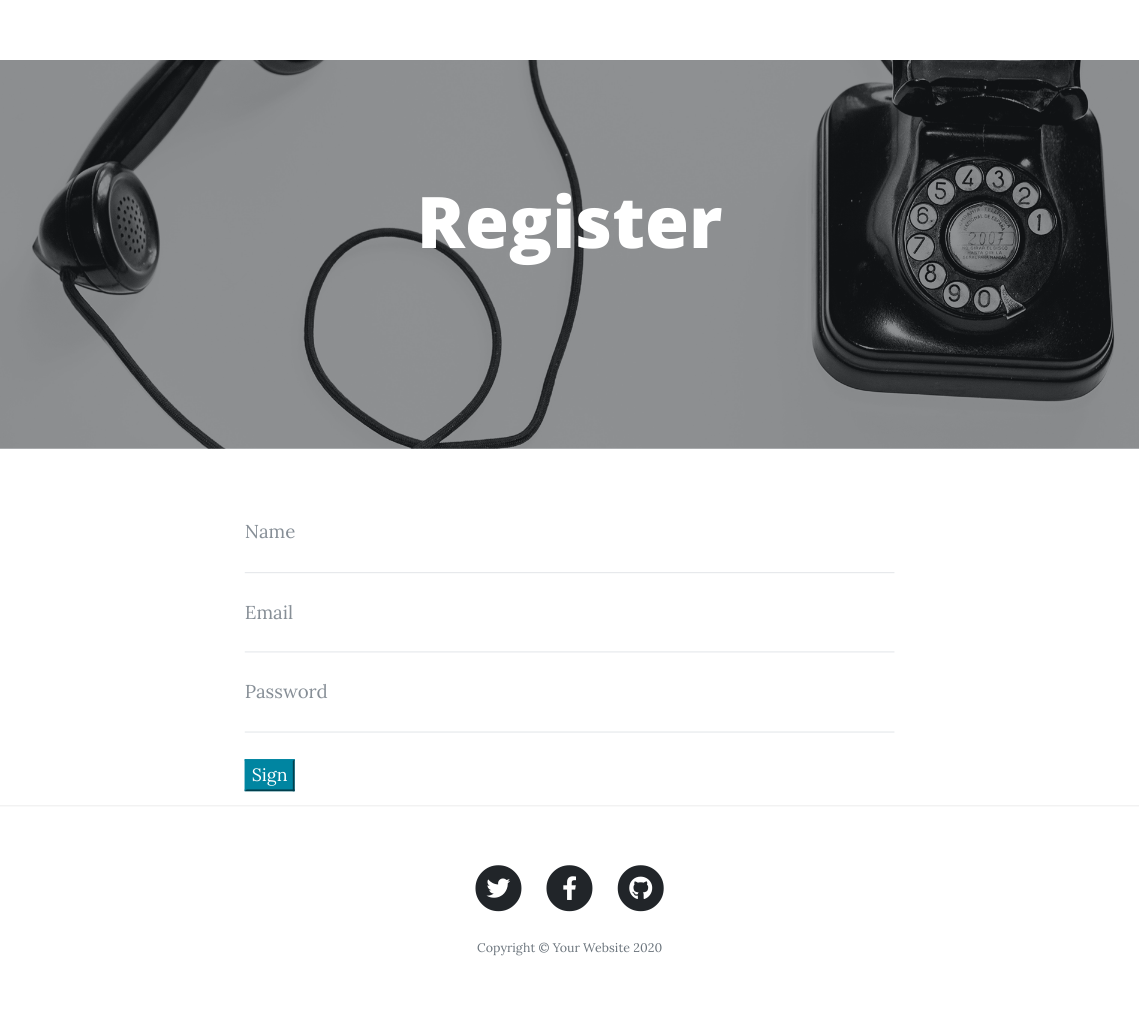
Repository: elvinyeka/elvin-blog
Page: http://localhost/register
The author's editor kept a copy of each file at every save. The page is drawn from the files as they stood at one save, then again after the next save.
The browser window is 1280 px wide. The pictures show the whole page, at 89% of full size.
The page is served by the project's application, run on Flask 3 (CLEANBLOG/__init__.py).

Above is the page before, as saved 2020-10-12 01:32:09.

### CLEANBLOG/templates/register.html
{% extends 'base.html' %} {% block content%}

<!-- Page Header -->
<header class="masthead" style="background-image: url('img/contact-bg.jpg')">
    <div class="overlay"></div>
    <div class="container">
        <div class="row">
            <div class="col-lg-8 col-md-10 mx-auto">
                <div class="page-heading">
                    <h1>Register</h1>
                </div>
            </div>
        </div>
    </div>
</header>

<!-- Main Content -->
<div class="container">
    <div class="row">
        <div class="col-lg-8 col-md-10 mx-auto">
            <form method="POST" action="">
                {{ form.hidden_tag() }}
                <div class="control-group">
                    <div class="form-group floating-label-form-group controls">
                        <label>Name</label> {{ form.name(placeholder='Name', class='form-control') }}
                        <p class="help-block text-danger"></p>
                    </div>
                </div>
                <div class="control-group">
                    <div class="form-group floating-label-form-group controls">
                        <label>Email</label> {{ form.email(placeholder='Email', class='form-control') }}
                        <p class="help-block text-danger"></p>
                    </div>
                </div>
                <div class="control-group">
                    <div class="form-group col-xs-12 floating-label-form-group controls">
                        <label>Password</label> {{ form.password(placeholder='Password', class='form-control') }}
                        <p class="help-block text-danger"></p>
                    </div>
                </div>
                <br>
                <div id="success">
                    {{ form.submit(class='btn-primary') }}
                </div>
            </form>
        </div>
    </div>
</div>

<hr> {% endblock%}

### CLEANBLOG/templates/base.html
<!DOCTYPE html>
<html lang="en">

<head>

    <meta charset="utf-8">
    <meta name="viewport" content="width=device-width, initial-scale=1, shrink-to-fit=no">
    <meta name="description" content="">
    <meta name="author" content=""> {% if title %}
    <title>Clean Blog - {{title}}</title>
    {% else %}
    <title>Clean Blog</title>
    {% endif %}

    <!-- Bootstrap core CSS -->
    <link href="{{url_for('static', filename='bootstrap.min.css')}}" rel="stylesheet">

    <!-- Custom fonts for this template -->
    <link href="{{url_for('static', filename='all.min.css')}}" rel="stylesheet" type="text/css">
    <link href='https://fonts.googleapis.com/css?family=Lora:400,700,400italic,700italic' rel='stylesheet' type='text/css'>
    <link href='https://fonts.googleapis.com/css?family=Open+Sans:300italic,400italic,600italic,700italic,800italic,400,300,600,700,800' rel='stylesheet' type='text/css'>

    <!-- Custom styles for this template -->
    <link href="{{url_for('static', filename='clean-blog.min.css')}}" rel="stylesheet">

</head>

<body>

    <!-- Navigation -->
    <nav class="navbar navbar-expand-lg navbar-light fixed-top" id="mainNav">
        <div class="container">
            <a class="navbar-brand" href="{{url_for('index')}}">Start Flask</a>
            <button class="navbar-toggler navbar-toggler-right" type="button" data-toggle="collapse" data-target="#navbarResponsive" aria-controls="navbarResponsive" aria-expanded="false" aria-label="Toggle navigation">
        Menu
        <i class="fas fa-bars"></i>
      </button>
            <div class="collapse navbar-collapse" id="navbarResponsive">
                <ul class="navbar-nav ml-auto">
                    <li class="nav-item">
                        <a class="nav-link" href="{{url_for('index')}}">Home</a>
                    </li>
                    <li class="nav-item">
                        <a class="nav-link" href="{{url_for('about')}}">About</a>
                    </li>
                    <li class="nav-item">
                        <a class="nav-link" href="{{url_for('post')}}">Sample Post</a>
                    </li>
                    <li class="nav-item">
                        <a class="nav-link" href="{{url_for('contact')}}">Contact</a>
                    </li>
                    <li class="nav-item">
                        <a class="nav-link" href="{{url_for('register')}}">REGISTER</a>
                    </li>
                </ul>
            </div>
        </div>
    </nav>

    {% block content%} {% endblock%}


    <!-- Footer -->
    <footer>
        <div class="container">
            <div class="row">
                <div class="col-lg-8 col-md-10 mx-auto">
                    <ul class="list-inline text-center">
                        <li class="list-inline-item">
                            <a href="#">
                                <span class="fa-stack fa-lg">
                  <i class="fas fa-circle fa-stack-2x"></i>
                  <i class="fab fa-twitter fa-stack-1x fa-inverse"></i>
                </span>
                            </a>
                        </li>
                        <li class="list-inline-item">
                            <a href="#">
                                <span class="fa-stack fa-lg">
                  <i class="fas fa-circle fa-stack-2x"></i>
                  <i class="fab fa-facebook-f fa-stack-1x fa-inverse"></i>
                </span>
                            </a>
                        </li>
                        <li class="list-inline-item">
                            <a href="#">
                                <span class="fa-stack fa-lg">
                  <i class="fas fa-circle fa-stack-2x"></i>
                  <i class="fab fa-github fa-stack-1x fa-inverse"></i>
                </span>
                            </a>
                        </li>
                    </ul>
                    <p class="copyright text-muted">Copyright &copy; Your Website 2020</p>
                </div>
            </div>
        </div>
    </footer>

    <!-- Bootstrap core JavaScript -->
    <script src="{{url_for('static', filename='jquery.min.js')}}"></script>
    <script src="{{url_for('static', filename='bootstrap.bundle.min.js')}}"></script>

    <!-- Custom scripts for this template -->
    <script src="{{url_for('static', filename='clean-blog.min.js')}}"></script>

</body>

</html>

### CLEANBLOG/forms.py
from flask_wtf import FlaskForm
from wtforms import StringField,PasswordField,SubmitField
from wtforms.validators import DataRequired, Length, Email

class RegisterForm(FlaskForm):
    name = StringField('Name', validators=[DataRequired(), Length(min=2, max = 20)])
    email = StringField('Email', validators=[DataRequired(), Email()])
    password = PasswordField('Password', validators=[DataRequired()])
    submit = SubmitField('Sign')

class LoginForm(FlaskForm):
    email = StringField('Email', validators=[DataRequired(), Email()])
    password = PasswordField('Password', validators=[DataRequired()])
    submit = SubmitField('Sign')

### CLEANBLOG/routes.py
from flask import render_template
from CLEANBLOG import app
from CLEANBLOG.forms import RegisterForm, LoginForm


@app.route('/')
def index():
    return render_template('index.html', title = 'HOME')

@app.route('/about')
def about():
    return render_template('about.html',title = 'ABOUT')

@app.route('/post')
def post():
    return render_template('post.html', title = 'POST')

@app.route('/contact')
def contact():
    return render_template('contact.html', title = 'CONTACT')

@app.route('/register')
def register():
    form = RegisterForm()
    return render_template('register.html', title = 'REGISTER', form=form)

@app.route('/login')
def login():
    form = LoginForm()
    return render_template('login.html', title = 'LOGIN', form=form)

### CLEANBLOG/__init__.py
from flask import Flask

app = Flask(__name__)
app.config['SECRET_KEY'] = 'mysecretkey'

from CLEANBLOG import  routes

Loaded but not shown: CLEANBLOG/static/bootstrap.min.css (library); CLEANBLOG/static/clean-blog.min.css (library); CLEANBLOG/static/jquery.min.js (library); CLEANBLOG/static/bootstrap.bundle.min.js (library); CLEANBLOG/static/clean-blog.min.js (common file); CLEANBLOG/static/css/all.min.css (library)

After the next save:
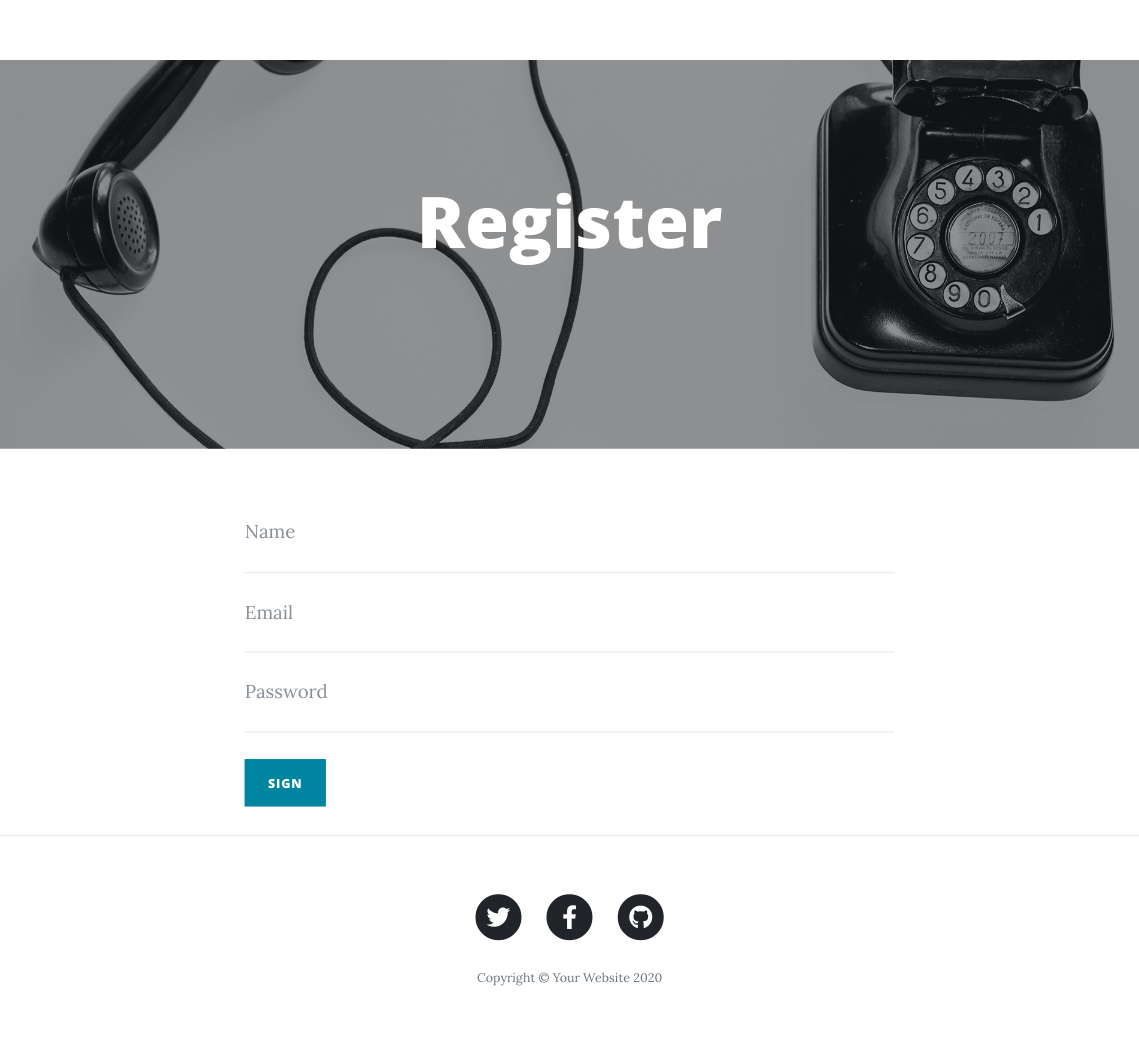
Saved 2 min 18 s later.
--- a/CLEANBLOG/templates/register.html
+++ b/CLEANBLOG/templates/register.html
@@ -39,8 +39,9 @@
                     </div>
                 </div>
                 <br>
-                <div id="success">
-                    {{ form.submit(class='btn-primary') }}
+                <div id="success"></div>
+                <div class="form-group">
+                    {{ form.submit(class='btn btn-primary') }}
                 </div>
             </form>
         </div>
